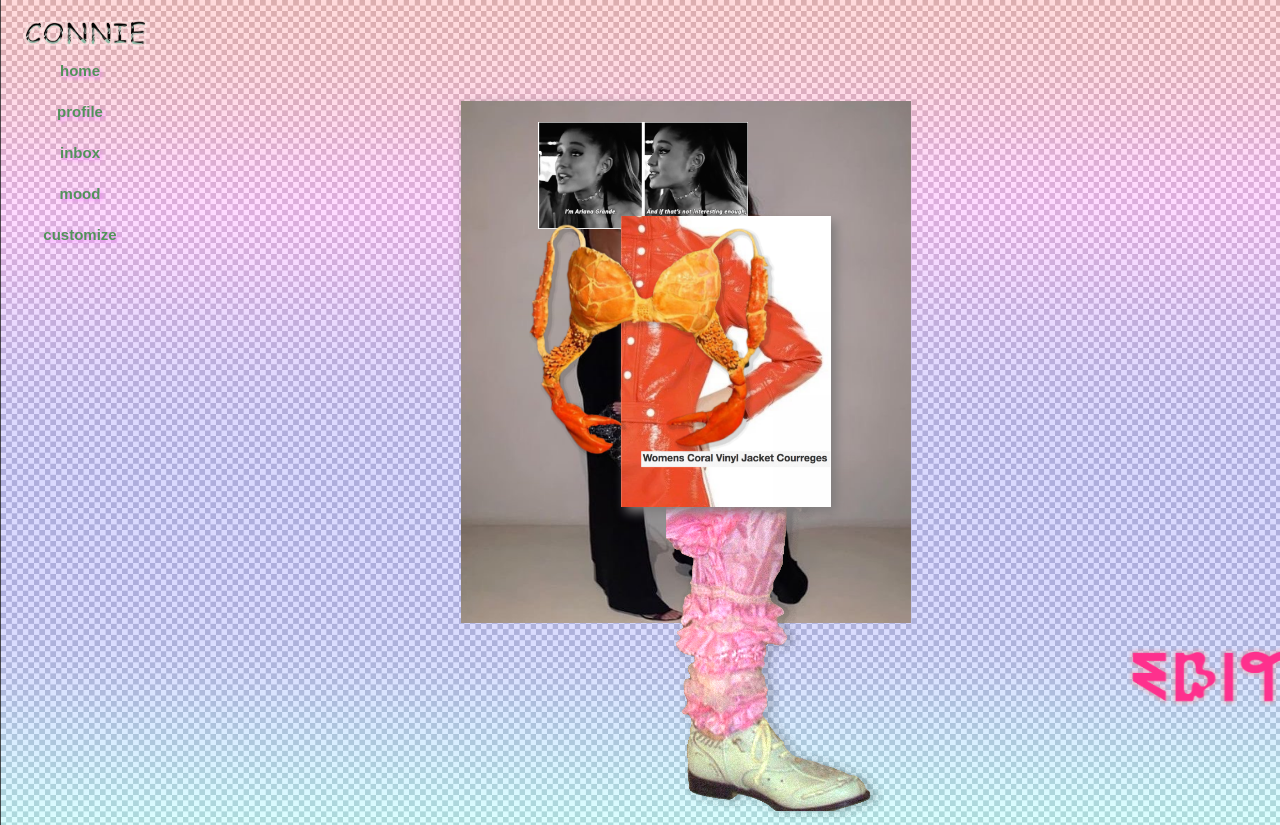
Repository: xuc009/xuc009.github.io
Page: track12/index.html
These files come from the project's save history. The page is drawn as it stood at one moment and after the next save; the edit follows.
The browser window is 1280 px wide. The pictures show the whole page.
Some web fonts or font styles are not loaded; a fallback is used. Some web libraries are served in a nearby version.

Above is the page before, as saved 2018-12-08 16:54:24.

After the next save:
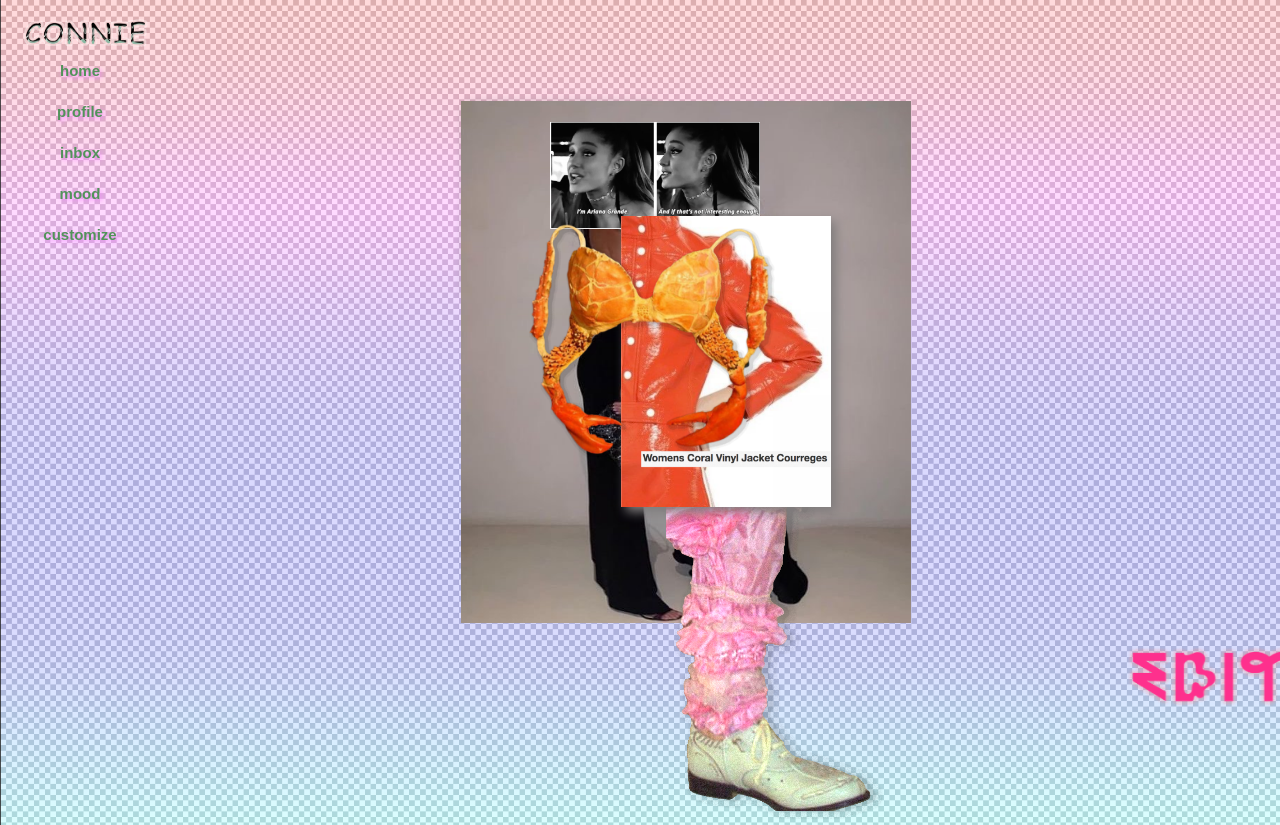
Saved 6 s later.
--- a/track12/assets/css/styles.css
+++ b/track12/assets/css/styles.css
@@ -63,7 +63,7 @@
     box-shadow: 5px 5px 10px #807d7d;
     position: absolute;
     top: 17%;
-    left: 42%;
+    left: 43%;
     cursor: move;
 }
 
